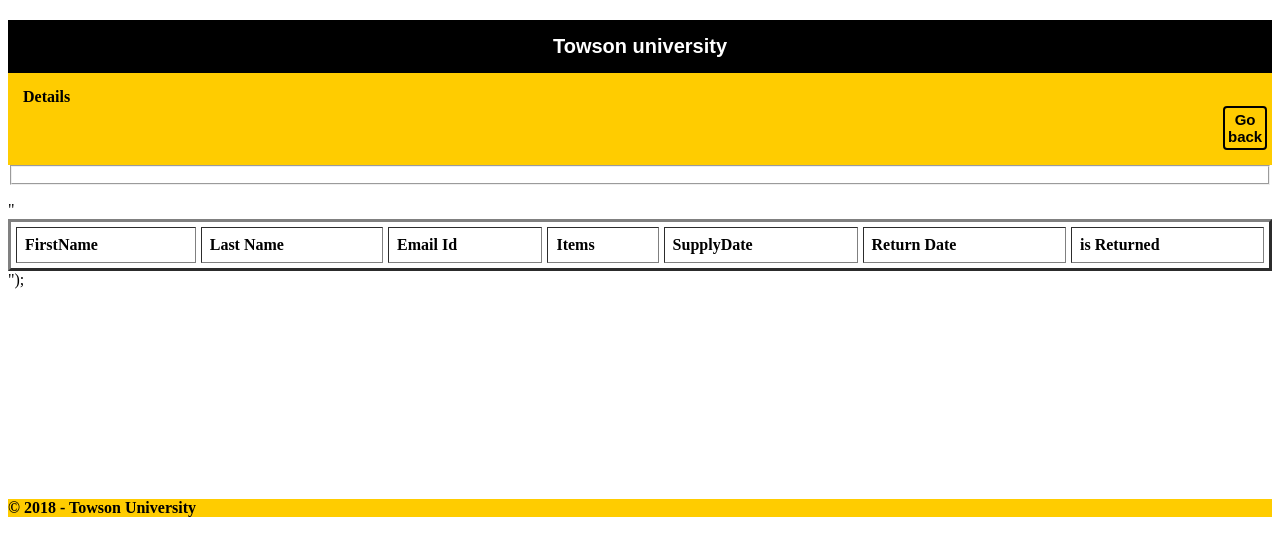
Repository: DatabaseCOSC578/eclipse-workspace11
Page: http://localhost/Supervisor/Supervisorshow.jsp
An editor plug-in stored every save of this project. The page is shown before and after the next save, followed by the edit.
The browser window is 1280 px wide. The pictures show the whole page.
The page is served by Tomcat 9. Queries for data that is not in the repository find no rows.

Above is the page before, as saved 2018-04-16 11:50:30.

After the next save:
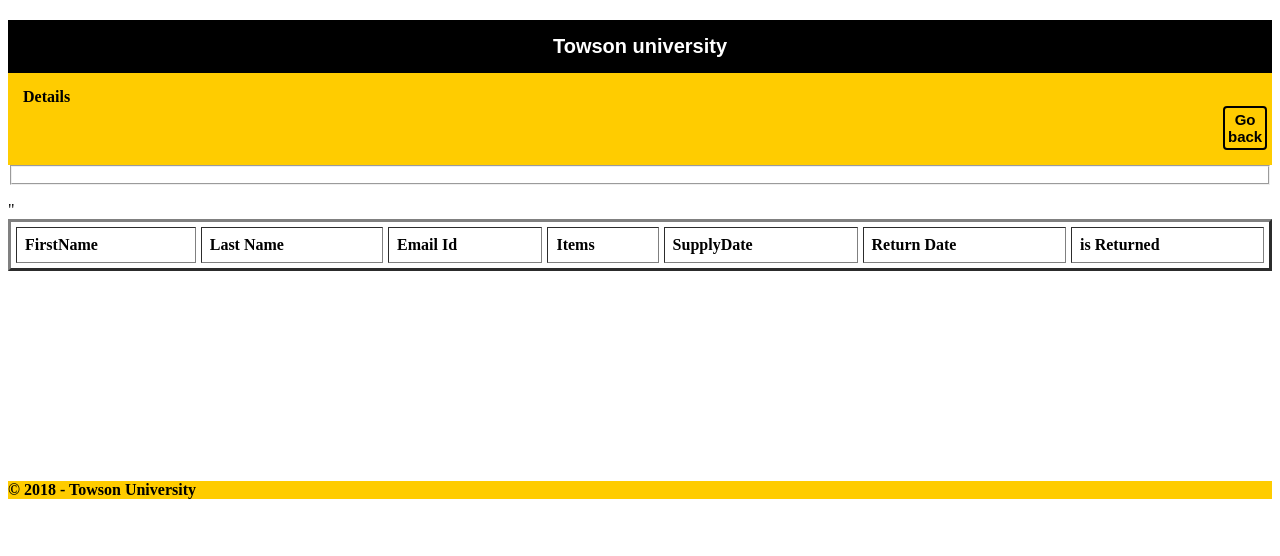
Saved 36 s later.
--- a/Supervisor/WebContent/Supervisorshow.jsp
+++ b/Supervisor/WebContent/Supervisorshow.jsp
@@ -76,7 +76,7 @@
 		   <TD><b>Return Date</b></TD>
 		   <TD><b>is Returned</b> </TD>
 		   </TR>
-		   </TABLE>");
+		   </TABLE>
 
 </body>
 <footer> &copy 2018 - Towson University</footer>
